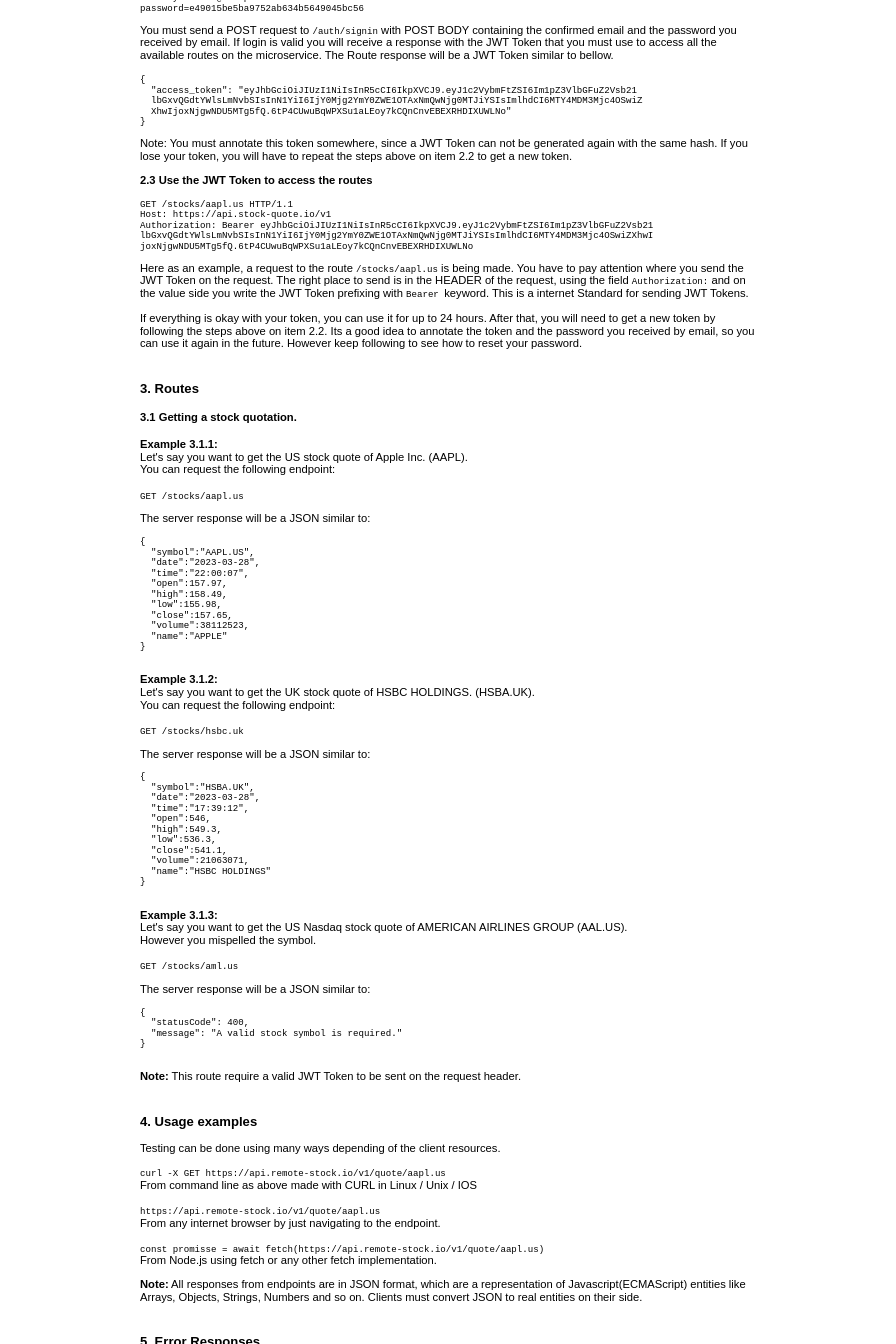
Repository: miguelamello/nest-js
Page: stock-service/documentation.html
An editor plug-in stored every save of this project. The page is shown before and after the next save, followed by the edit.
The browser window is 1280 px wide. The pictures show the part of the page from y = 1026 to 2946 px (the page is 3400 px tall before and 3418 px after), at 70% of full size.

Above is the page before, as saved 2023-04-02 20:54:25.

### stock-service/documentation.html
<!DOCTYPE html>
<html lang="en">
<head>
  <meta charset="UTF-8">
  <meta http-equiv="X-UA-Compatible" content="IE=edge">
  <meta name="viewport" content="width=device-width, initial-scale=1.0">
  <title>STOCK QUOTE MICROSERVICE</title>
  <style>
    body {
      font-family: Arial, Helvetica, sans-serif;
      padding: 3% 15%;
    }
    h3 {
      margin-top: 5%;
    }
    pre {
      margin: 0;
      overflow: auto;
    }
  </style>
</head>
<body>
  <h2>STOCK QUOTE MICROSERVICE DOCUMENTATION</h2>
  <p>
    This microservice aims to facilitate the acquisition of stock exchange quotes from various
    companies in US and UK. Please follow the documentation to get a complete understanding
    of how the service works.
  </p>

  <h3>1. Entrypoint</h3>
  <code>https://api.stock-quote.io/v1</code>
  <p>
    All routes starts from the entrypoint above. Accessing this entrypoint will
    retrieve the STOCK QUOTE MICROSERVICE DOCUMENTATION in a friendly presentation,
    as easy to read as this page can be.
  </p>

  <p>If you want for a more detailed documentation, you should navigate to the
    STOCK QUOTE MICROSERVICE SPECIFICATION where you will find more technical
    explanations about the service.
  </p>

  <pre>
GET /spec HTTP/1.1
Host: https://api.stock-quote.io/v1
  </pre>

  <h3>2. Authentication</h3>
  <p>A JSON Web Token (JWT) Authentication is required for some routes on the microservice.
    Below is listed the steps that must be followed to get a valid JWT Token. The token is
    a string similar to the following:
  </p>

  <code>eyJhbGciOiJIUzI1NiIsInR5cCI6IkpXVCJ9.eyJ1c2VybmFtZSI6Im1pZ3VlbGFuZ2Vsb21
    lbGxvQGdtYWlsLmNvbSIsInN1YiI6IjY0Mjg2YmY0ZWE1OTAxNmQwNjg0MTJiYSIsImlhdCI6MTY4MDM3Mjc4OSwiZ
    XhwIjoxNjgwNDU5MTg5fQ.6tP4CUwuBqWPXSu1aLEoy7kCQnCnvEBEXRHDIXUWLNo</code>
  <p>

    <br><div><b>2.1 Signup to the service</b></div><br>

    <pre>
POST /auth/signup HTTP/1.1
Host: https://api.stock-quote.io/v1
Content-Type: application/x-www-form-urlencoded
Content-Length: 35

email=yourname@example.com
    </pre>

    <div>You must send a POST request to <code>/auth/signup</code> with POST BODY containing a valid email.
      You will receive a email with a link to confirm your email address. After the email confirmation,
      another email with your Username and Password will be sent to you. You should use this login
      information to get your JWT Token. Keep following.</div>
    </div>
  </p>

  <p>
    <br><div><b>2.2 Signin to the service</b></div><br>

    <pre>
POST /auth/signin HTTP/1.1
Host: https://api.stock-quote.io/v1
Content-Type: application/x-www-form-urlencoded
Content-Length: 77

email=yourname@example.com&
password=e49015be5ba9752ab634b5649045bc56
    </pre>

    <div>You must send a POST request to <code>/auth/signin</code> with POST BODY containing the
      confirmed email and the password you received by email. If login is valid you will
      receive a response with the JWT Token that you must use to access all the available
      routes on the microservice. The Route response will be a JWT Token similar to bellow.
    </div><br>

    <pre>
{
  "access_token": "eyJhbGciOiJIUzI1NiIsInR5cCI6IkpXVCJ9.eyJ1c2VybmFtZSI6Im1pZ3VlbGFuZ2Vsb21
  lbGxvQGdtYWlsLmNvbSIsInN1YiI6IjY0Mjg2YmY0ZWE1OTAxNmQwNjg0MTJiYSIsImlhdCI6MTY4MDM3Mjc4OSwiZ
  XhwIjoxNjgwNDU5MTg5fQ.6tP4CUwuBqWPXSu1aLEoy7kCQnCnvEBEXRHDIXUWLNo"
}
    </pre>

    <div>Note: You must annotate this token somewhere, since a JWT Token can not be generated
      again with the same hash. If you lose your token, you will have to repeat the steps above
      on item 2.2 to get a new token.
    </div>

  </p>

  <p>
    <div><b>2.3 Use the JWT Token to access the routes</b></div><br>

    <pre>
GET /stocks/aapl.us HTTP/1.1
Host: https://api.stock-quote.io/v1
Authorization: Bearer eyJhbGciOiJIUzI1NiIsInR5cCI6IkpXVCJ9.eyJ1c2VybmFtZSI6Im1pZ3VlbGFuZ2Vsb21
lbGxvQGdtYWlsLmNvbSIsInN1YiI6IjY0Mjg2YmY0ZWE1OTAxNmQwNjg0MTJiYSIsImlhdCI6MTY4MDM3Mjc4OSwiZXhwI
joxNjgwNDU5MTg5fQ.6tP4CUwuBqWPXSu1aLEoy7kCQnCnvEBEXRHDIXUWLNo
    </pre>

    <div>Here as an example, a request to the route <code>/stocks/aapl.us</code> is being made.
      You have to pay attention where you send the JWT Token on the request. The right place to
      send is in the HEADER of the request, using the field <code>Authorization:</code> and on the
      value side you write the JWT Token prefixing with <code>Bearer </code> keyword. This is a internet
      Standard for sending JWT Tokens.
    </div><br>

    <div>
      If everything is okay with your token, you can use it for up to 24 hours. After that, you will
      need to get a new token by following the steps above on item 2.2. Its a good idea to annotate
      the token and the password you received by email, so you can use it again in the future. However
      keep following to see how to reset your password.
    </div>
  </p>

  <h3>3. Routes</h3>

  <h4>3.1 Getting a stock quotation.</h4>

  <p>
    <div><b>Example 3.1.1:</b></div>
    <div>Let's say you want to get the US stock quote of Apple Inc. (AAPL).</div>
    <div>You can request the following endpoint:</div><br>
    <code>GET /stocks/aapl.us</code>

    <p>The server response will be a JSON similar to:</p>

    <pre>
{
  "symbol":"AAPL.US",
  "date":"2023-03-28",
  "time":"22:00:07",
  "open":157.97,
  "high":158.49,
  "low":155.98,
  "close":157.65,
  "volume":38112523,
  "name":"APPLE"
}
    </pre>
  </p>
  <p>
    <div><b>Example 3.1.2:</b></div>
    <div>Let's say you want to get the UK stock quote of HSBC HOLDINGS. (HSBA.UK).</div>
    <div>You can request the following endpoint:</div><br>
    <code>GET /stocks/hsbc.uk</code>

    <p>The server response will be a JSON similar to:</p>

    <pre>
{
  "symbol":"HSBA.UK",
  "date":"2023-03-28",
  "time":"17:39:12",
  "open":546,
  "high":549.3,
  "low":536.3,
  "close":541.1,
  "volume":21063071,
  "name":"HSBC HOLDINGS"
}
    </pre>
  </p>

  <p>
    <div><b>Example 3.1.3:</b></div>
    <div>Let's say you want to get the US Nasdaq stock quote of AMERICAN AIRLINES GROUP (AAL.US).</div>
    <div>However you mispelled the symbol.</div><br>
    <code>GET /stocks/aml.us</code>

    <p>The server response will be a JSON similar to:</p>

    <pre>
{
  "statusCode": 400,
  "message": "A valid stock symbol is required."
}
    </pre>

    <p>
      <b>Note:</b> This route require a valid JWT Token to be sent on the request header.
    </p>
  </p>

  <h3>4. Usage examples</h3>

  <p>Testing can be done using many ways depending of the client resources.</p>

  <code>curl -X GET https://api.remote-stock.io/v1/quote/aapl.us</code>
  <div>From command line as above made with CURL in Linux / Unix / IOS</div>
  <br>
  <code>https://api.remote-stock.io/v1/quote/aapl.us</code>
  <div>From any internet browser by just navigating to the endpoint.</div>
  <br>
  <code>const promisse = await fetch(https://api.remote-stock.io/v1/quote/aapl.us)</code>
  <div>From Node.js using fetch or any other fetch implementation.</div>

  <p>
    <b>Note:</b> All responses from endpoints are in JSON format, which are a
    representation of Javascript(ECMAScript) entities like Arrays, Objects,
    Strings, Numbers and so on. Clients must convert JSON to real entities
    on their side.
  </p>

  <h3>5. Error Responses</h3>

  <p>
    Server will respond with an Error Object Literal containing
    the status and the message of error. Errors can be triggered
    by the client itself, for example when sending mistyped endpoints
    or the server itself can trigger a Error when a
    task can not be completed for any reason.
  </p>

  <p>
    <code>{ "statusCode": number, "message": string }</code><br>
    <div>
      The object literal returned will contain two properties:
      "statusCode" with a number and "message" with the human readable text.
    </div>
  </p>

  <p>Exemple Error Message:</p>
  <p>
    <code>
      {"statusCode":400,"message":"Symbol must be a valid quote."}
    </code>
  </p>

  <h3>6. Disclaimer</h3>
  <p>
    This microservice should be used strictly as proposed in this documentation.
    Any usage that is not in accordance with the documentation may result in harmful
    consequences to the user. The authors of this service are not responsible for
    any misuse of the proposed microservice and its consequences. If you have any question,
    suggestion, information regarding the use of this service, please contact
    the authors at <b>developers@remote-stock.io</b>
  </p>

</body>
</html>

After the next save:
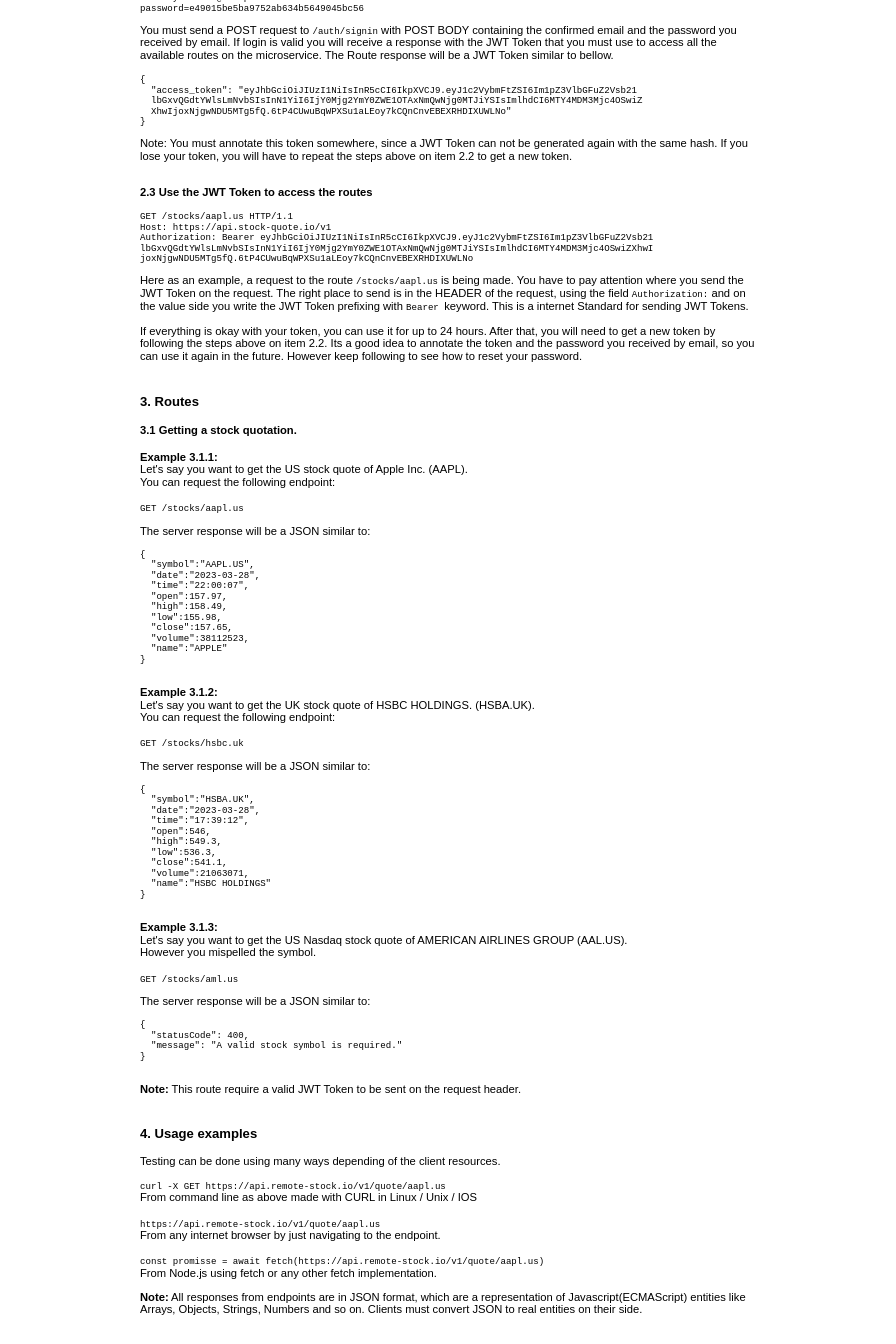
Saved 20 s later.
--- a/stock-service/documentation.html
+++ b/stock-service/documentation.html
@@ -104,7 +104,7 @@ password=e49015be5ba9752ab634b5649045bc56
     <div>Note: You must annotate this token somewhere, since a JWT Token can not be generated
       again with the same hash. If you lose your token, you will have to repeat the steps above
       on item 2.2 to get a new token.
-    </div>
+    </div><br>
 
   </p>
 
